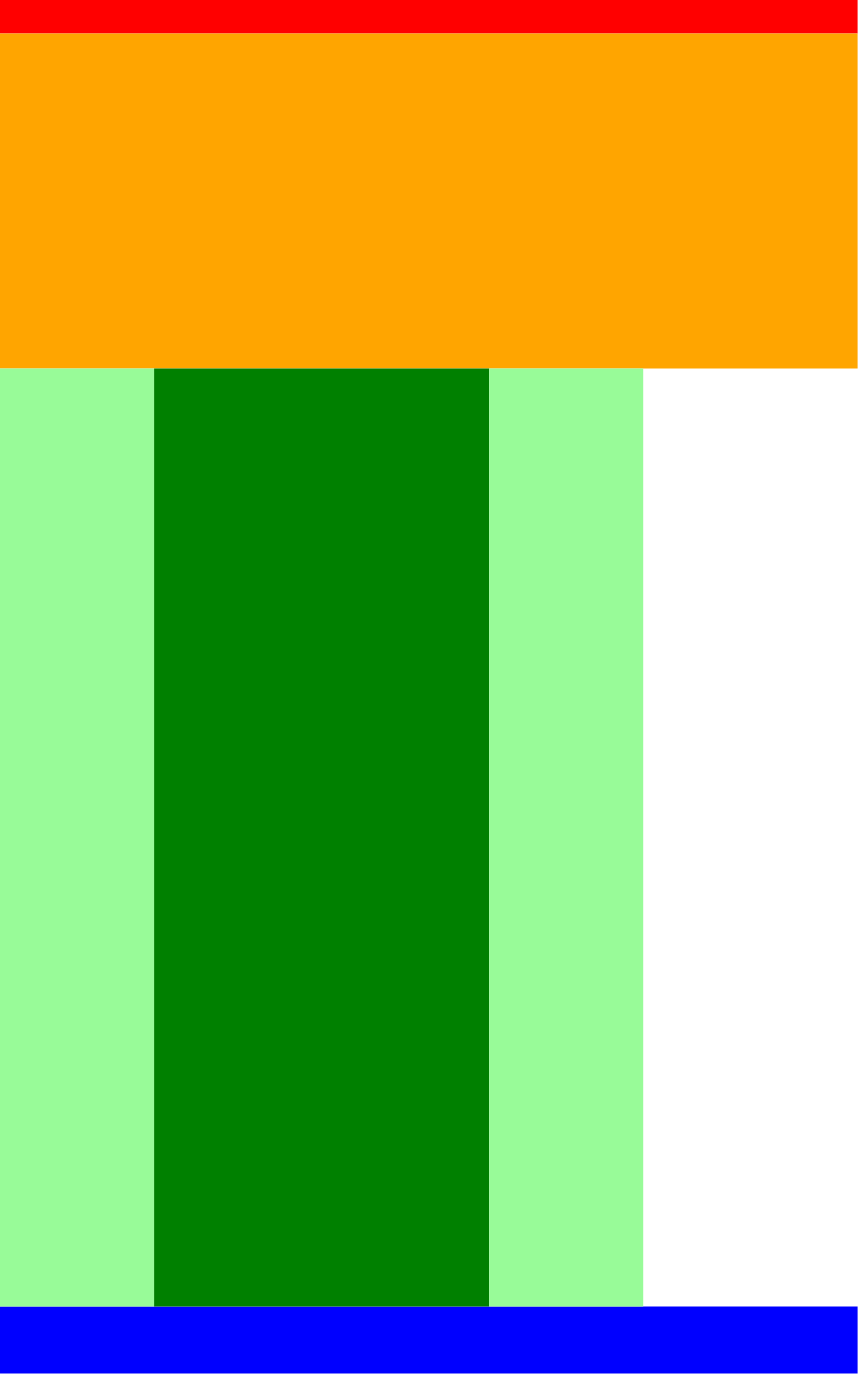
Repository: kawasemi70/1-3
Page: 1-4/1-4.html
The author's editor kept a record of every edit. The page is drawn from the files as they stood at one moment, then again after the next edit.
The browser window is 1280 px wide. The pictures show the whole page, at 67% of full size.

Above is the page before.

### 1-4/1-4.html
<!DOCTYPE html>
<html lang="ja">
  <head>
    <meta charset="utf-8"/>
    <link rel="stylesheet" href="1-4.css"/>
    <title>1-4</title>
  </head>

  <body>
    <div class="header"></div>

    <div class="main-visual"></div>

    <div class="main">

      <div class="sidebar-right"></div>

      <div class="blog"></div>

      <div class="sidebar-left"></div>
    </div>

    <div class="footer"></div>

  </body>

</html>

### 1-4/1-4.css
* {
  margin: 0;
  padding: 0;
  box-sizing: border-box;
}

.header {
  width: 100%;
  height: 50px;
  background-color: red;
}

.main-visual {
  width: 100%;
  height: 500px;
  background-color: orange;
}

.main {
  width: 960px;
  display: flex;
  justify-content: center;
  margin: 0;
}
.sidebar-right {
  width:230px;
  height:1400px;
  background-color:palegreen;
}
.blog {
  width: 500px;
  height: 1400px;
  background-color:green;
}
.sidebar-left {
  width:230px;
  height: 1400px;
  background-color:palegreen;

}

.footer {
  width: 100%;
  height: 100px;
  background-color:blue;
}

After the next edit:
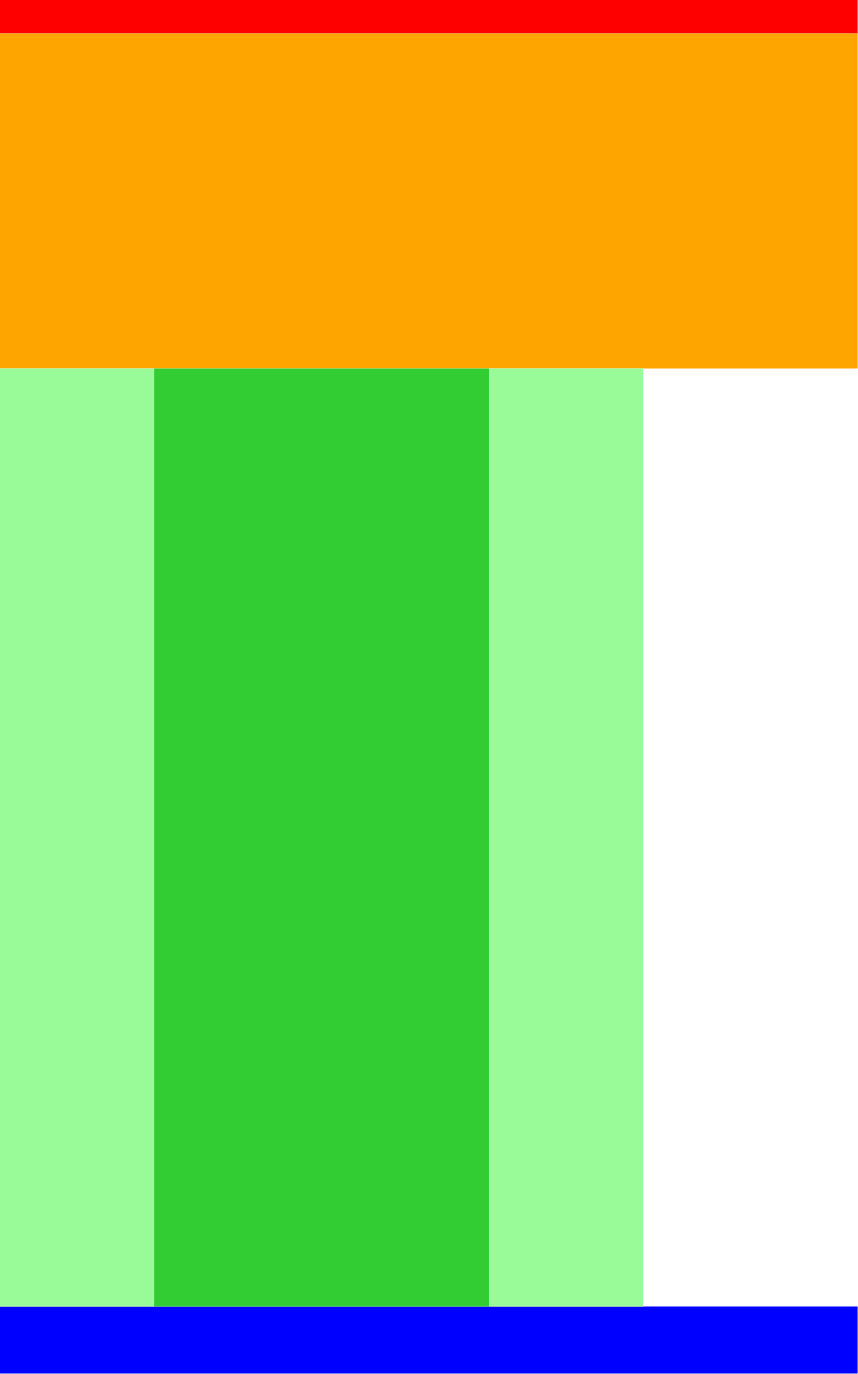
The edit:
--- a/1-4/1-4.css
+++ b/1-4/1-4.css
@@ -30,7 +30,7 @@
 .blog {
   width: 500px;
   height: 1400px;
-  background-color:green;
+  background-color:limegreen;
 }
 .sidebar-left {
   width:230px;
